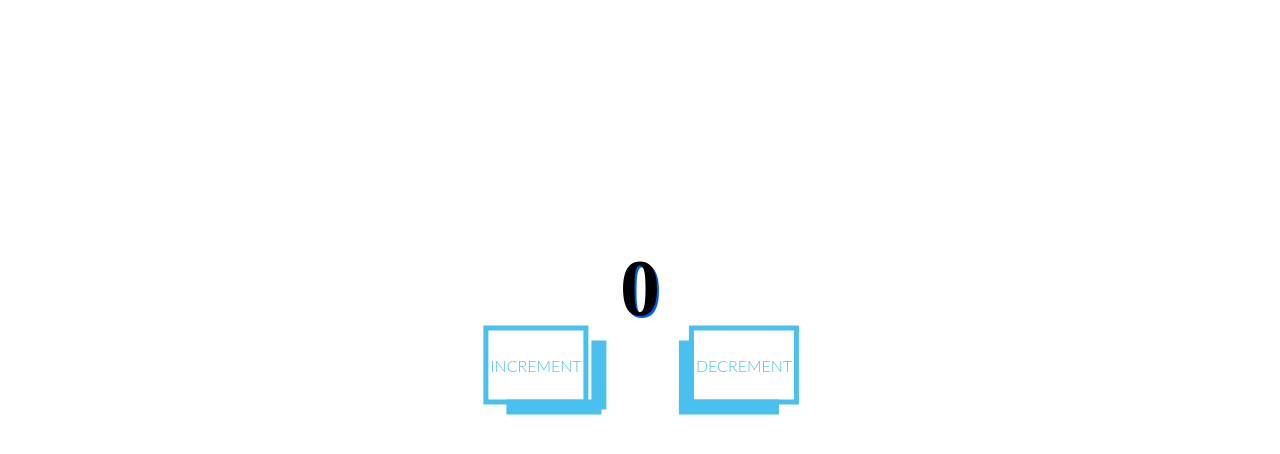
Repository: Ellisvelandia/react_introduction_test
Page: /
An editor plug-in stored every save of this project. The page is shown before and after the next save, followed by the edit.
The browser window is 1280 px wide. The pictures show the whole page.
The project was rebuilt for these pictures with package versions that can differ from the ones it lists, and the page was loaded fresh each time. Also part of the build but not shown: src/index.css.

Above is the page before, as saved 2022-08-15 20:20:55.

### src/App.js
import "./App.scss";
import React, { useState } from "react";

const App = () => {
  const [num, changeNum] = useState(0);

  const incrementNum = () => {
    changeNum(num + 2);
  };

  const decrementNum = () => {
    if (num - 1 < 0) {
      alert(`you can't decrease than 0`);
    } else {
      changeNum(num - 2);
    }
  };

  return (
    <>
      <div className="container">
        <h1>{num}</h1>
        <button className="button_I" onClick={incrementNum}>Increment</button>
        <button className="button_D" onClick={decrementNum}>Decrement</button>
      </div>
    </>
  );
};

export default App;

### src/App.scss
* {
  margin: 0;
  padding: 0;
  box-sizing: border-box;
}

body {
  width: 100%;
  height: 100vh;
  display: flex;
  justify-content: center;
  align-items: center;
  flex-direction: column;
}

.container {
  align-self: center;
}

h1 {
  position: absolute;
  left: 50%;
  top: 40%;
  transform: translateX(-50%) translateY(-50%);
  font-size: 5rem;
  text-shadow: 2px 2px #0059ff;
  text-decoration: #4ac0ee;
}

button {
  font-size: 1rem;
  margin: 5px;
  font-family: "Lato", sans-serif;
  font-weight: 300;
}


.button_I {
  position: absolute;
  left: 45%;
  top: 50%;
  transform: translateX(-50%) translateY(-50%);
  background: #fff;
  max-width: 120px;
  padding: 25px 2px;
  margin-left: -40px;
  border: 5px solid #4ac0ee;
  color: #4ac0ee;
  text-transform: uppercase;
  text-align: center;
  z-index: 2;
  transition: all 0.15s 0.15s ease-out;

  &:after,
  &:before {
    position: absolute;
    width: 100%;
    max-width: 100%;
    top: 100%;
    left: 0;
    bottom: -10px;
    content: "";
    z-index: 1;
    transition: all 0.15s 0.15s ease-out;
  }

  &:before {
    background: #4ac0ee;
    top: 10px;
    left: 103px;
    height: 100%;
    width: 15px;
  }

  &:after {
    width: 100%;
    background: #4ac0ee;
    right: 0px;
    left: 18px;
    height: 15px;
  }

  &:hover {
    background: #4ac0ee;
    color: #fff;
    margin-left: -7.5px;
    margin-bottom: -7.5px;

    &:after,
    &:before {
      top: 100%;
      left: 0;
      bottom: 0px;
    }

    &:before {
      top: 0px;
      left: 0px;
      width: 0px;
    }

    &:after {
      right: 0px;
      left: 0px;
      height: 0px;
    }
  }
}



.button_D {
  position: absolute;
  left: 55%;
  top: 50%;
  transform: translateX(-50%) translateY(-50%);
  margin-left: 40px;
  background: #fff;
  max-width: 120px;
  padding: 25px 2px;
  border: 5px solid #4ac0ee;
  color: #4ac0ee;
  text-transform: uppercase;
  text-align: center;

  z-index: 2;
  transition: all 0.15s 0.15s ease-out;

  &:after,
  &:before {
    position: absolute;
    width: 100%;
    max-width: 100%;
    top: 100%;
    left: 0;
    bottom: -10px;
    content: "";
    z-index: 1;
    transition: all 0.15s 0.15s ease-out;
  }

  &:before {
    background: #4ac0ee;
    top: 10px;
    left: -15px;
    height: 100%;
    width: 15px;
  }

  &:after {
    width: 100%;
    background: #4ac0ee;
    right: 0px;
    left: -15px;
    height: 15px;
  }

  &:hover {
    background: #4ac0ee;
    color: #fff;
    margin-left: -7.5px;
    margin-bottom: -7.5px;

    &:after,
    &:before {
      top: 100%;
      left: 0;
      bottom: 0px;
    }

    &:before {
      top: 0px;
      left: 0px;
      width: 0px;
    }

    &:after {
      right: 0px;
      left: 0px;
      height: 0px;
    }
  }
}

Loaded but not shown: public/index.html (common file); src/index.js (common file); src/reportWebVitals.js (common file)

After the next save:
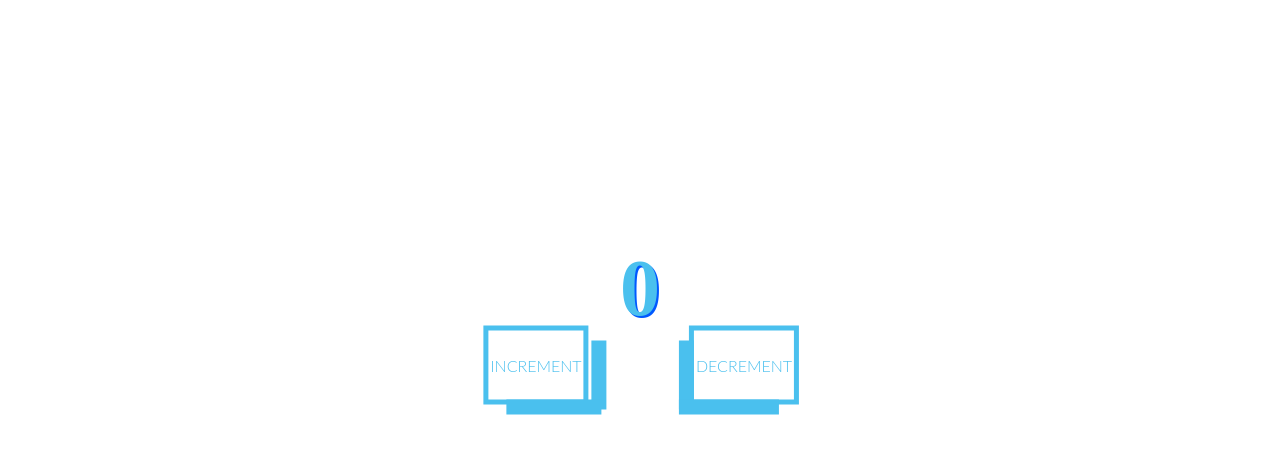
Saved 12 s later.
--- a/src/App.scss
+++ b/src/App.scss
@@ -24,7 +24,7 @@ h1 {
   transform: translateX(-50%) translateY(-50%);
   font-size: 5rem;
   text-shadow: 2px 2px #0059ff;
-  text-decoration: #4ac0ee;
+  color: #4ac0ee;
 }
 
 button {
